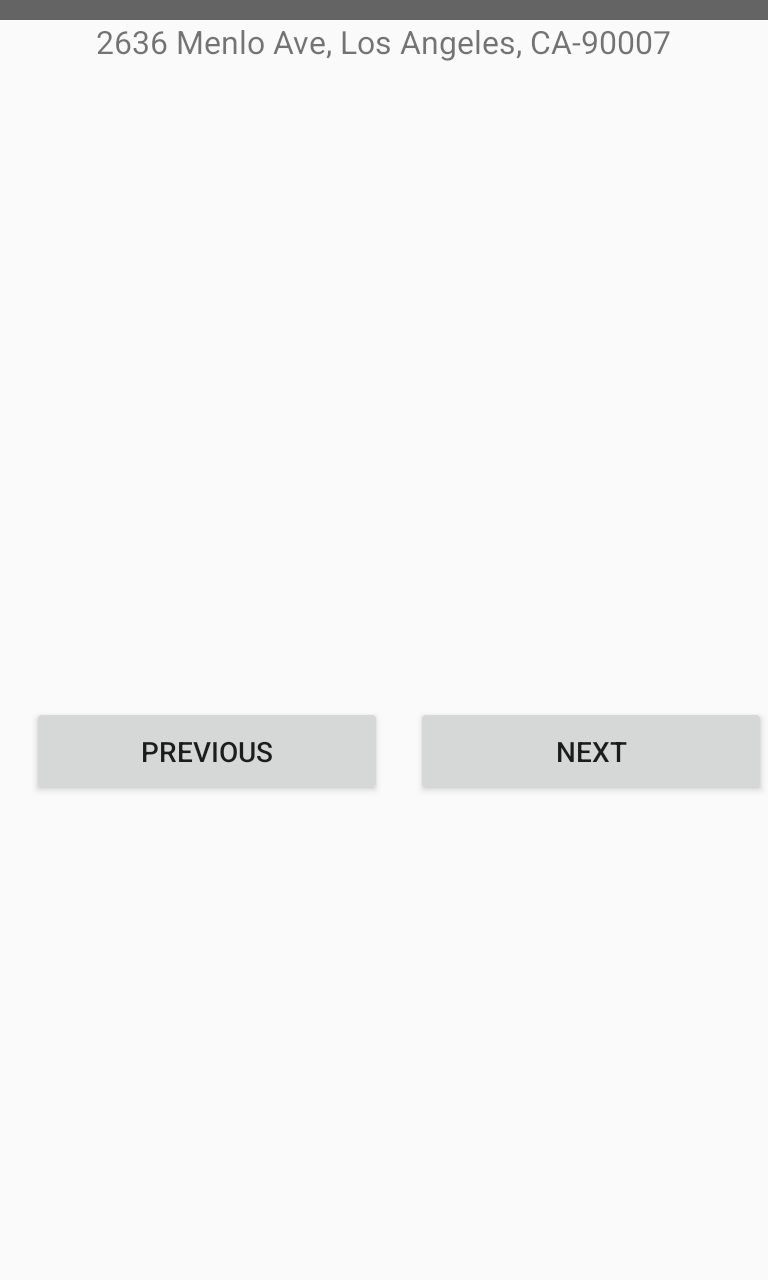
Repository: Warun26/PropertySearch
Layout: PropertySearch/res/layout/historical_zestimates_tab.xml
These files come from the project's save history. The layout is drawn as it stood at one moment and after the next save; the edit follows.
It is drawn on a 768 x 1280 px phone screen (xhdpi) without system bars, with theme AppTheme; the app's code is not run. The app's manifest (not shown) leaves right-to-left support off. So textAlignment, textDirection and layoutDirection are ignored, and left and right values win over start and end ones.

Above is the layout before, as saved 2014-11-23 04:13:35.

### PropertySearch/res/layout/historical_zestimates_tab.xml
<?xml version="1.0" encoding="utf-8"?>
<LinearLayout xmlns:android="http://schemas.android.com/apk/res/android"
    android:id="@+id/tab2"
    android:layout_width="fill_parent"
    android:layout_height="fill_parent"
    android:orientation="vertical" >

    <TextSwitcher
        android:id="@+id/chartYear"
        android:layout_width="fill_parent"
        android:layout_height="wrap_content"
        android:textAlignment="center"
        android:layout_gravity="center"
        android:background="#99000000"
        android:padding="5dp"
        android:textSize = "20sp"
        android:textStyle="bold" />

    <TextView
	     android:id="@+id/address"
	     android:layout_width="wrap_content"
	     android:layout_height="wrap_content"
	     android:padding="0dp"
	     android:textSize="16sp"
	     android:textAlignment="center"
	     android:layout_gravity="center"
	     android:text="2636 Menlo Ave, Los Angeles, CA-90007" >
	</TextView>

    <ImageSwitcher
      android:id="@+id/ZestimateCharts"
      android:layout_width="fill_parent"
      android:layout_height="300dp" >
    </ImageSwitcher>

    <LinearLayout
        android:id="@+id/imageNavigationButtons"
        android:layout_width="fill_parent"
        android:layout_height="wrap_content"
        android:orientation="horizontal">
	    <Button
	      	android:id="@+id/previousImageButton"
	        android:layout_width="fill_parent"
	        android:layout_height="wrap_content"
	        android:text="@string/previous"
	        android:layout_marginLeft="15dp"
	        android:layout_marginStart="7dp"
	        android:layout_marginTop="20dp"
	        android:paddingLeft="3dp"
	        android:paddingRight="3dp"
	        android:layout_weight="1" />

	    <Button
	      	android:id="@+id/nextImageButton"
	        android:layout_width="fill_parent"
	        android:layout_height="wrap_content"
	        android:text="@string/next"
	        android:layout_marginLeft="15dp"
	        android:layout_marginStart="7dp"
	        android:layout_marginTop="20dp"
	        android:paddingLeft="3dp"
	        android:paddingRight="3dp"
	        android:layout_weight="1" />
        </LinearLayout>
    <!--  TextView
        android:id="@+id/textView2"
        android:layout_width="wrap_content"
        android:layout_height="wrap_content"
        android:text="@string/body2" /-->
</LinearLayout>

### PropertySearch/res/values/strings.xml
<?xml version="1.0" encoding="utf-8"?>
<resources>

    <string name="app_name">PropertySearch</string>
    <string name="hello_world">Hello world!</string>
    <string name="action_settings">Settings</string>
    <string name="search">Search</string>
    <string name="title_activity_main">MainActivity</string>
    <string name="form_title">Search Your Property Here</string>
    <string name="street_address">Street Address</string>
    <string name="address">Address*:</string>
    <string name="city_label">City*:</string>
    <string name="city">City</string>
    <string name="state">State*:</string>
    <string name="zillow_image">Zillow Logo</string>
    <string name="error_message">This field is required.</string>
    <string name="body1">body1</string>
    <string name="body2">body2</string>
    <string name="previous">Previous</string>
    <string name="next">Next</string>
    <string name="more_details">See more details on Zillow:</string>
    <string-array name="states">
        <item>Choose State</item>
        <item>AL</item>
        <item>AK</item>
        <item>AZ</item>
        <item>AR</item>
        <item>CA</item>
        <item>CO</item>
        <item>CT</item>
        <item>DE</item>
        <item>DC</item>
        <item>FL</item>
        <item>GA</item>
        <item>HI</item>
        <item>ID</item>
        <item>IL</item>
        <item>IN</item>
        <item>IA</item>
        <item>KS</item>
        <item>KY</item>
        <item>LA</item>
        <item>ME</item>
        <item>MD</item>
        <item>MA</item>
        <item>MI</item>
        <item>MN</item>
        <item>MS</item>
        <item>MO</item>
        <item>MT</item>
        <item>NE</item>
        <item>NV</item>
        <item>NH</item>
        <item>NJ</item>
        <item>NM</item>
        <item>NY</item>
        <item>NC</item>
        <item>ND</item>
        <item>OH</item>
        <item>OK</item>
        <item>OR</item>
        <item>PA</item>
        <item>PA</item>
        <item>RI</item>
        <item>SC</item>
        <item>SD</item>
        <item>TN</item>
        <item>TX</item>
        <item>UT</item>
        <item>VT</item>
        <item>VA</item>
        <item>WA</item>
        <item>WV</item>
        <item>WI</item>
        <item>WY</item>
    </string-array>

    <string name="title_activity_display_property_details">Results from Zillow</string>

</resources>

Loaded but not shown: PropertySearch/res/values/styles.xml (common file); PropertySearch/res/values-v11/styles.xml (common file); PropertySearch/res/values-v14/styles.xml (common file)

After the next save:
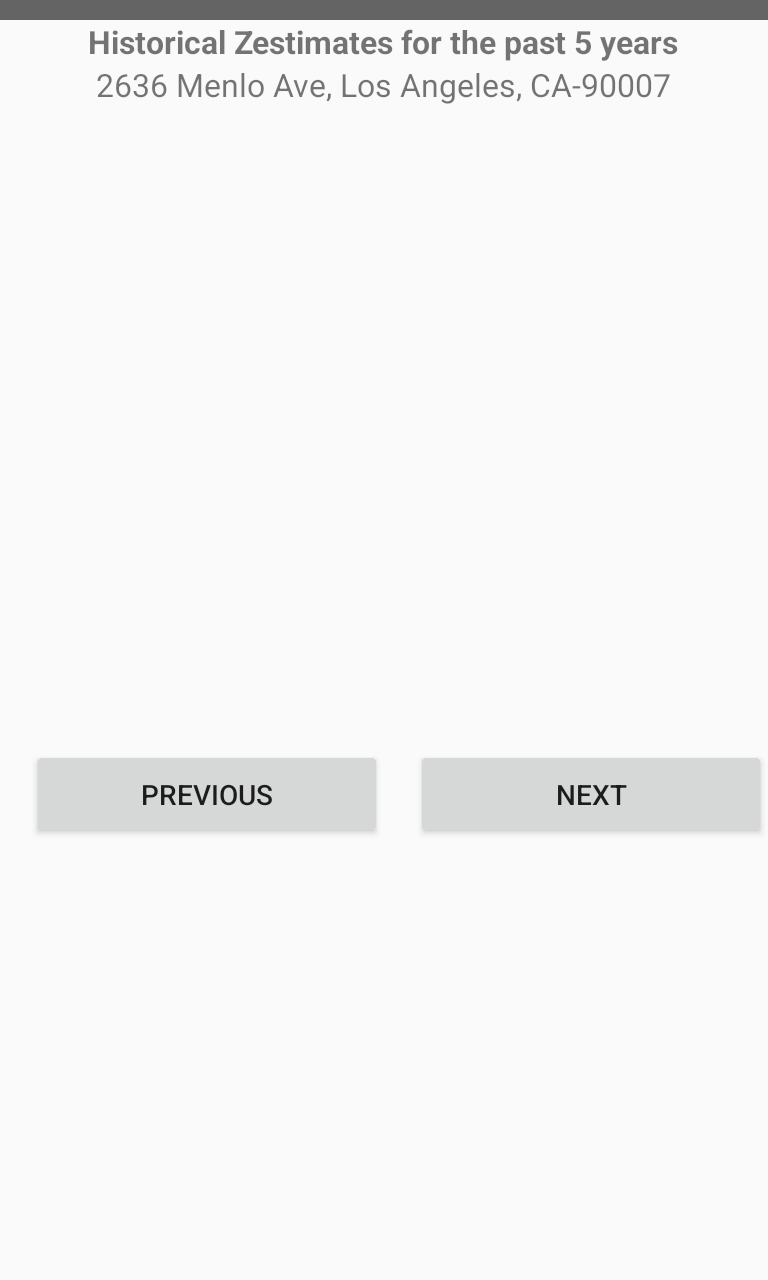
Saved 112 s later.
--- a/PropertySearch/res/layout/historical_zestimates_tab.xml
+++ b/PropertySearch/res/layout/historical_zestimates_tab.xml
@@ -15,6 +15,18 @@
         android:padding="5dp"
         android:textSize = "20sp"
         android:textStyle="bold" />
+
+      <TextView
+	     android:id="@+id/address"
+	     android:layout_width="wrap_content"
+	     android:layout_height="wrap_content"
+	     android:padding="0dp"
+	     android:textSize="16sp"
+	     android:textAlignment="center"
+	     android:layout_gravity="center"
+	     android:textStyle="bold"
+	     android:text="Historical Zestimates for the past 5 years" >
+	</TextView>
 
     <TextView
 	     android:id="@+id/address"
